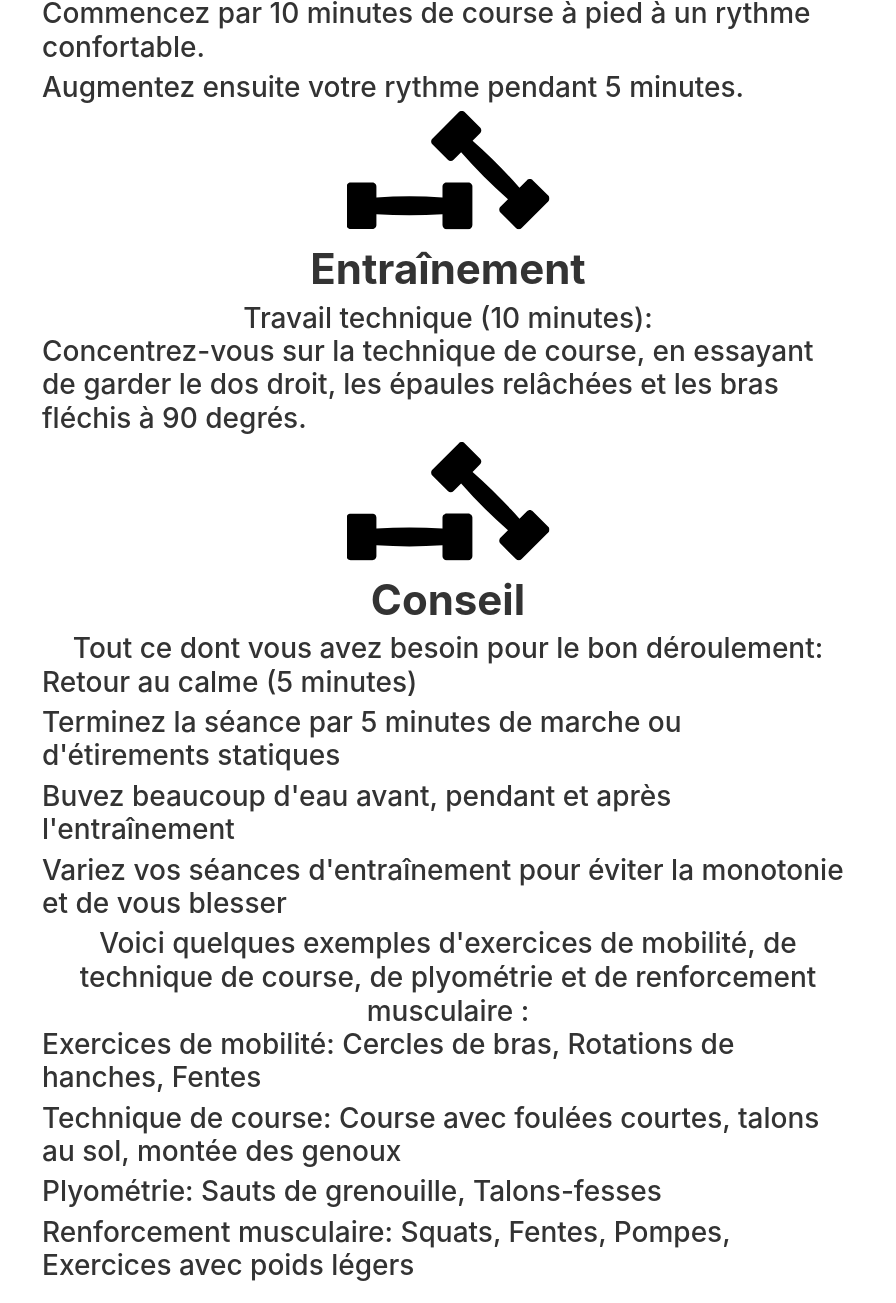
Repository: AdilGHAZAL/MosaiqueWebdoc
Page: /
The author's editor kept a copy of each file at every save. The page is drawn from the files as they stood at one save, then again after the next save.
The browser window is 1280 px wide. The pictures show the whole page, at 70% of full size.
Some web fonts or font styles are not loaded; a fallback is used. The project was rebuilt for these pictures with package versions that can differ from the ones it lists, and the page was loaded fresh each time. Also part of the build but not shown: vite.config.js, src/App.css, src/components/Navbar.css, src/components/Navbar.jsx, src/components/Athletes.css, src/components/Athletes.jsx, src/components/Athletes2.jsx, src/components/Athletes3.jsx and 18 more.

Above is the page before, as saved 2024-05-02 18:32:54.

### index.html
<!doctype html>
<html lang="en">
  <head>
    <meta charset="UTF-8" />
    <link rel="icon" type="image/svg+xml" href="./src/logos/logoMosaique.svg" />
    <meta name="viewport" content="width=device-width, initial-scale=1.0" />
    <title>Mosaique</title>
    <link rel="preconnect" href="https://fonts.googleapis.com">
<link rel="preconnect" href="https://fonts.gstatic.com" crossorigin>
<link href="https://fonts.googleapis.com/css2?family=Mina:wght@400;700&display=swap" rel="stylesheet">
  </head>
  <body>
    <div id="root"></div>
    <script type="module" src="/src/main.jsx"></script>
  </body>
</html>

### src/App.jsx
// App.jsx
import React from 'react';
import { BrowserRouter as Router, Routes, Route} from 'react-router-dom';
import './App.css'; // Import the CSS file
import HomePage from './components/HomePage';
import Athlete1 from './Athelete1/Athlete1'; // Import the NouvellePage component
import LoginScreen from './LoginScreen';
import MainView from './backoffice';
import TrainingPage from './TrainingPage';
const App = () => {
    return (
        <Router>

                <Routes>
                    <Route path="/" element={<TrainingPage/>} />
                    <Route path="/Athlete1" element={<Athlete1/>} />
                    <Route path="/login" element={<LoginScreen/>  }/>
                    <Route path='/backoffice'element={<MainView/>}/>
                </Routes>

        </Router>
    );
};

export default App;

### src/index.css
:root {
  --rose: #E9257F

}

### src/TrainingPage.jsx
import React from 'react';
import './TrainingPage.css';  // Assurez-vous que le chemin vers le fichier CSS est correct

const TrainingPage = () => {
  return (
    <div className="containerTraining">
      <section className="session-info">
        <h2>Tout pour bien commencer</h2>
      </section>

      <div className="sectionMaterial">
        <h1>Séance 45'</h1>
        <img src="./src/assets/Icon2.svg" alt="Icône séance" />
        <h2>Matériel</h2>
        <p>Tout ce dont vous avez besoin pour commencer:</p>
        <ul>
          <li> Chaussures de course</li>
          <li> Piste d'athlétisme (facultatif)</li>
        </ul>
      </div>

      <div className="sectionWarmUp">
        <img src="./src/assets/Icon2.svg" alt="Icône échauffement" />
        <h2>Échauffement</h2>
        <div>
          <p>Course à pied (15 minutes):</p>
          <ul>
            <li>Commencez par 10 minutes de course à pied à un rythme confortable.</li>
            <li>Augmentez ensuite votre rythme pendant 5 minutes.</li>
          </ul>
        </div>
      </div>

      <div className="sectionTraining">
        <img src="./src/assets/Icon2.svg" alt="Icône entraînement" />
        <h2>Entraînement</h2>
        <div>
          <p>Travail technique (10 minutes):</p>
          <ul>
            <li>Concentrez-vous sur la technique de course, en essayant de garder le dos droit, les épaules relâchées et les bras fléchis à 90 degrés.</li>
          </ul>
        </div>
      </div>

      <div className="sectionAdvice">
        <img src="./src/assets/Icon2.svg" alt="Icône conseil" />
        <h2>Conseil</h2>
        <div>
          <p>Tout ce dont vous avez besoin pour le bon déroulement:</p>
          <ul>
            <li>Retour au calme (5 minutes)</li>
            <li>Terminez la séance par 5 minutes de marche ou d'étirements statiques</li>
            <li>Buvez beaucoup d'eau avant, pendant et après l'entraînement</li>
            <li>Variez vos séances d'entraînement pour éviter la monotonie et de vous blesser</li>
          </ul>
          <p>Voici quelques exemples d'exercices de mobilité, de technique de course, de plyométrie et de renforcement musculaire :</p>
          <ul>
            <li>Exercices de mobilité: Cercles de bras, Rotations de hanches, Fentes</li>
            <li>Technique de course: Course avec foulées courtes, talons au sol, montée des genoux</li>
            <li>Plyométrie: Sauts de grenouille, Talons-fesses</li>
            <li>Renforcement musculaire: Squats, Fentes, Pompes, Exercices avec poids légers</li>
          </ul>
        </div>
      </div>
    </div>
  );
};

export default TrainingPage;

### src/components/HomePage.css
/* App.css */
body {
    margin: 0;
    background-color: #ffffff;
    color: #000000;
    display: flex;
    flex-direction: column;
    align-items: center;
    justify-content: center;
    min-height: 100vh;

  }

  .app-container {
      font-family: "SF Pro Display-Medium", Helvetica;
    width: 100vw;
    height: 100%;
    min-height: 100vh;
    /*  background-image: url('./assets/ub1.png');*/
    display: flex;
    flex-direction: column;
    margin: auto;
    background-color: #ffffff;
  }

  .main-title {
    font-family: 'SF Pro Display', sans-serif;
    font-size: 70px;
    font-weight: 500;
    line-height: 83.54px;
    text-align: center;
    margin-top: 100px;
  }

  .bold-text {
    font-weight: 700;
  }

  .content {
    padding: 20px;
    width: 100%;
    max-width: 1200px;
    margin: auto;

  }

  .UBimage {
    width: auto;
  }

  .bottom-text {
    font-size: 18px;
    text-align: center;
    margin-top: 30px;
  }
  .scroll-reveal > * {
    /* text-align: justify; */
    display: inline;
    color:hsl(0deg 22.14% 64.8% / 20%);
    font-size: 60px;
    font-weight: 500;
    background-clip: text;
    background-repeat: no-repeat;
    background-size: 0% 100%;
    background-image: linear-gradient( #E9257F, #ce1f71 );
    animation: scroll-reveal linear forwards;
    animation-timeline: view();
  }

  .scroll-text {

    text-align: justify;
  }
  @keyframes scroll-reveal {
    to {
      background-size: 100% 100%;
    }
  }
  .scroll-reveal p {
    /* font-family: SF Pro Display; */


  }

  .scrollPhotos {
    display: flex;
    justify-content: flex-start; /* Align photos to the maximum left */
    width: 100%;
    overflow-x: auto; /* Enable horizontal scrolling if photos exceed container width */
    padding: 20px 0; /* Optional padding */
  }

### src/TrainingPage.css
/* Base styling */
* {
    box-sizing: border-box;
    margin: 0;
    padding: 0;
  }

  body, html {
    width: 100%;
    height: 100%;
  }

  .containerTraining {
    font-family: 'SF Pro Display', sans-serif;
    color: #333;
    padding: 20px;
    max-width: 1200px;
    margin: 0 auto;
  }

  h1, h2, p {
    text-align: center;
  }

  ul {
    list-style-type: none;
    padding: 0;
  }

  li {
    margin-bottom: 10px;
  }

  img {
    display: block;
    margin: 0 auto 20px;
  }

  /* Specific section styling */
  .session-info h2 {
    font-size: 70px;
    font-weight: 500;
    line-height: 83.54px;
    text-align: center;
    margin-bottom: 20px;
  }

  .sectionMaterial h1 {
    font-size: 200px;
    font-weight: 700;
    line-height: 238.67px;
    margin-bottom: 20px;
  }

  .sectionMaterial h2, .sectionWarmUp h2, .sectionTraining h2, .sectionAdvice h2 {
    font-size: 60px;
    font-weight: 700;
    line-height: 71.6px;
    margin-bottom: 10px;
  }

  .sectionMaterial p, .sectionWarmUp p, .sectionTraining p, .sectionAdvice p,
  .sectionMaterial ul, .sectionWarmUp ul, .sectionTraining ul, .sectionAdvice ul {
    font-size: 40px;
    font-weight: 500;
    line-height: 47.73px;
  }

Loaded but not shown: src/main.jsx (common file)

After the next save:
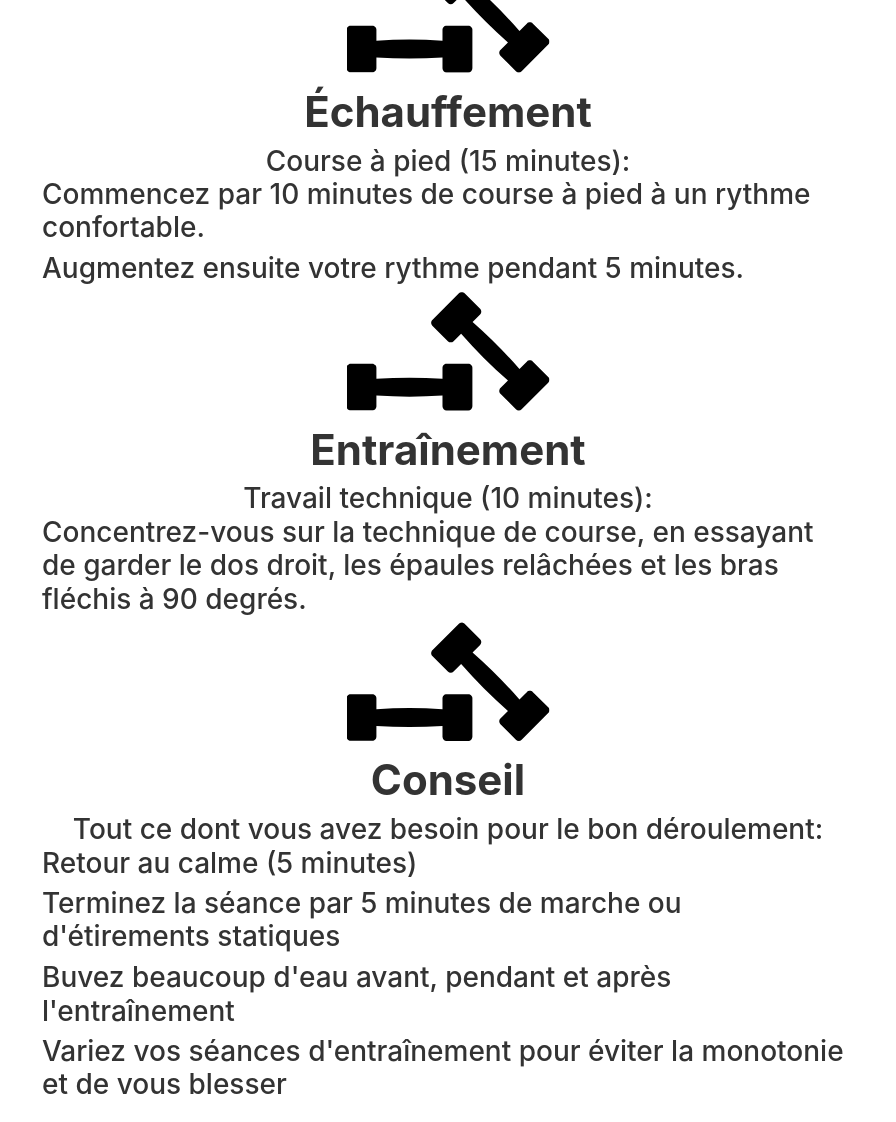
Saved 13 s later.
--- a/src/TrainingPage.jsx
+++ b/src/TrainingPage.jsx
@@ -1,67 +1,54 @@
 import React from 'react';
-import './TrainingPage.css';  // Assurez-vous que le chemin vers le fichier CSS est correct
+import './TrainingPage.css';
 
 const TrainingPage = () => {
   return (
     <div className="containerTraining">
-      <section className="session-info">
+      <header className="session-info">
         <h2>Tout pour bien commencer</h2>
-      </section>
+      </header>
 
-      <div className="sectionMaterial">
+      <section className="sectionMaterial">
         <h1>Séance 45'</h1>
         <img src="./src/assets/Icon2.svg" alt="Icône séance" />
         <h2>Matériel</h2>
         <p>Tout ce dont vous avez besoin pour commencer:</p>
         <ul>
-          <li> Chaussures de course</li>
-          <li> Piste d'athlétisme (facultatif)</li>
+          <li>Chaussures de course</li>
+          <li>Piste d'athlétisme (facultatif)</li>
         </ul>
-      </div>
+      </section>
 
-      <div className="sectionWarmUp">
+      <section className="sectionWarmUp">
         <img src="./src/assets/Icon2.svg" alt="Icône échauffement" />
         <h2>Échauffement</h2>
-        <div>
-          <p>Course à pied (15 minutes):</p>
-          <ul>
-            <li>Commencez par 10 minutes de course à pied à un rythme confortable.</li>
-            <li>Augmentez ensuite votre rythme pendant 5 minutes.</li>
-          </ul>
-        </div>
-      </div>
+        <p>Course à pied (15 minutes):</p>
+        <ul>
+          <li>Commencez par 10 minutes de course à pied à un rythme confortable.</li>
+          <li>Augmentez ensuite votre rythme pendant 5 minutes.</li>
+        </ul>
+      </section>
 
-      <div className="sectionTraining">
+      <section className="sectionTraining">
         <img src="./src/assets/Icon2.svg" alt="Icône entraînement" />
         <h2>Entraînement</h2>
-        <div>
-          <p>Travail technique (10 minutes):</p>
-          <ul>
-            <li>Concentrez-vous sur la technique de course, en essayant de garder le dos droit, les épaules relâchées et les bras fléchis à 90 degrés.</li>
-          </ul>
-        </div>
-      </div>
+        <p>Travail technique (10 minutes):</p>
+        <ul>
+          <li>Concentrez-vous sur la technique de course, en essayant de garder le dos droit, les épaules relâchées et les bras fléchis à 90 degrés.</li>
+        </ul>
+      </section>
 
-      <div className="sectionAdvice">
+      <section className="sectionAdvice">
         <img src="./src/assets/Icon2.svg" alt="Icône conseil" />
         <h2>Conseil</h2>
-        <div>
-          <p>Tout ce dont vous avez besoin pour le bon déroulement:</p>
-          <ul>
-            <li>Retour au calme (5 minutes)</li>
-            <li>Terminez la séance par 5 minutes de marche ou d'étirements statiques</li>
-            <li>Buvez beaucoup d'eau avant, pendant et après l'entraînement</li>
-            <li>Variez vos séances d'entraînement pour éviter la monotonie et de vous blesser</li>
-          </ul>
-          <p>Voici quelques exemples d'exercices de mobilité, de technique de course, de plyométrie et de renforcement musculaire :</p>
-          <ul>
-            <li>Exercices de mobilité: Cercles de bras, Rotations de hanches, Fentes</li>
-            <li>Technique de course: Course avec foulées courtes, talons au sol, montée des genoux</li>
-            <li>Plyométrie: Sauts de grenouille, Talons-fesses</li>
-            <li>Renforcement musculaire: Squats, Fentes, Pompes, Exercices avec poids légers</li>
-          </ul>
-        </div>
-      </div>
+        <p>Tout ce dont vous avez besoin pour le bon déroulement:</p>
+        <ul>
+          <li>Retour au calme (5 minutes)</li>
+          <li>Terminez la séance par 5 minutes de marche ou d'étirements statiques</li>
+          <li>Buvez beaucoup d'eau avant, pendant et après l'entraînement</li>
+          <li>Variez vos séances d'entraînement pour éviter la monotonie et de vous blesser</li>
+        </ul>
+      </section>
     </div>
   );
 };

After the save that followed:
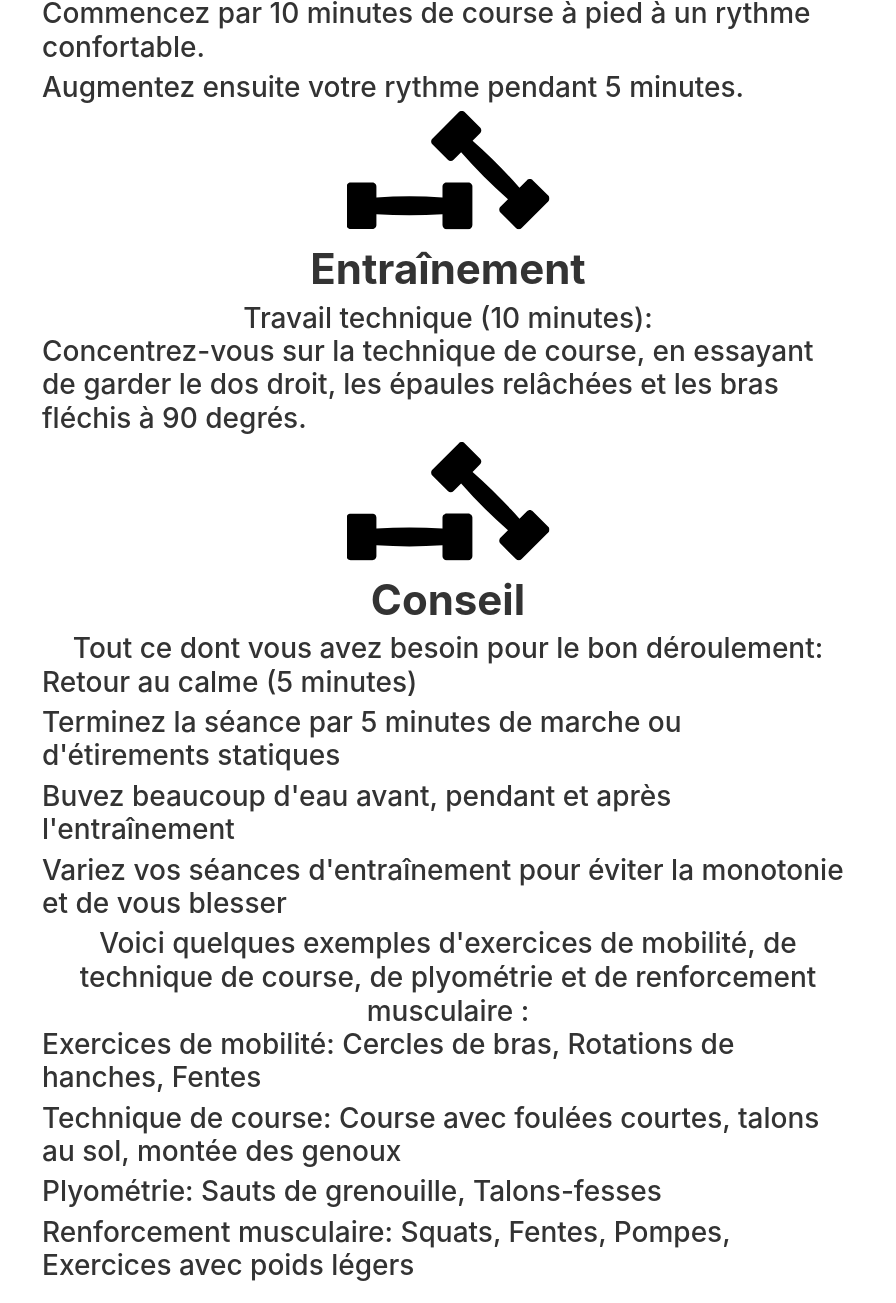
Saved 3 min 43 s later.
--- a/src/TrainingPage.jsx
+++ b/src/TrainingPage.jsx
@@ -1,54 +1,67 @@
 import React from 'react';
-import './TrainingPage.css';
+import './TrainingPage.css';  // Assurez-vous que le chemin vers le fichier CSS est correct
 
 const TrainingPage = () => {
   return (
     <div className="containerTraining">
-      <header className="session-info">
+      <section className="session-info">
         <h2>Tout pour bien commencer</h2>
-      </header>
+      </section>
 
-      <section className="sectionMaterial">
+      <div className="sectionMaterial">
         <h1>Séance 45'</h1>
         <img src="./src/assets/Icon2.svg" alt="Icône séance" />
         <h2>Matériel</h2>
         <p>Tout ce dont vous avez besoin pour commencer:</p>
         <ul>
-          <li>Chaussures de course</li>
-          <li>Piste d'athlétisme (facultatif)</li>
+          <li> Chaussures de course</li>
+          <li> Piste d'athlétisme (facultatif)</li>
         </ul>
-      </section>
+      </div>
 
-      <section className="sectionWarmUp">
+      <div className="sectionWarmUp">
         <img src="./src/assets/Icon2.svg" alt="Icône échauffement" />
         <h2>Échauffement</h2>
-        <p>Course à pied (15 minutes):</p>
-        <ul>
-          <li>Commencez par 10 minutes de course à pied à un rythme confortable.</li>
-          <li>Augmentez ensuite votre rythme pendant 5 minutes.</li>
-        </ul>
-      </section>
+        <div>
+          <p>Course à pied (15 minutes):</p>
+          <ul>
+            <li>Commencez par 10 minutes de course à pied à un rythme confortable.</li>
+            <li>Augmentez ensuite votre rythme pendant 5 minutes.</li>
+          </ul>
+        </div>
+      </div>
 
-      <section className="sectionTraining">
+      <div className="sectionTraining">
         <img src="./src/assets/Icon2.svg" alt="Icône entraînement" />
         <h2>Entraînement</h2>
-        <p>Travail technique (10 minutes):</p>
-        <ul>
-          <li>Concentrez-vous sur la technique de course, en essayant de garder le dos droit, les épaules relâchées et les bras fléchis à 90 degrés.</li>
-        </ul>
-      </section>
+        <div>
+          <p>Travail technique (10 minutes):</p>
+          <ul>
+            <li>Concentrez-vous sur la technique de course, en essayant de garder le dos droit, les épaules relâchées et les bras fléchis à 90 degrés.</li>
+          </ul>
+        </div>
+      </div>
 
-      <section className="sectionAdvice">
+      <div className="sectionAdvice">
         <img src="./src/assets/Icon2.svg" alt="Icône conseil" />
         <h2>Conseil</h2>
-        <p>Tout ce dont vous avez besoin pour le bon déroulement:</p>
-        <ul>
-          <li>Retour au calme (5 minutes)</li>
-          <li>Terminez la séance par 5 minutes de marche ou d'étirements statiques</li>
-          <li>Buvez beaucoup d'eau avant, pendant et après l'entraînement</li>
-          <li>Variez vos séances d'entraînement pour éviter la monotonie et de vous blesser</li>
-        </ul>
-      </section>
+        <div>
+          <p>Tout ce dont vous avez besoin pour le bon déroulement:</p>
+          <ul>
+            <li>Retour au calme (5 minutes)</li>
+            <li>Terminez la séance par 5 minutes de marche ou d'étirements statiques</li>
+            <li>Buvez beaucoup d'eau avant, pendant et après l'entraînement</li>
+            <li>Variez vos séances d'entraînement pour éviter la monotonie et de vous blesser</li>
+          </ul>
+          <p>Voici quelques exemples d'exercices de mobilité, de technique de course, de plyométrie et de renforcement musculaire :</p>
+          <ul>
+            <li>Exercices de mobilité: Cercles de bras, Rotations de hanches, Fentes</li>
+            <li>Technique de course: Course avec foulées courtes, talons au sol, montée des genoux</li>
+            <li>Plyométrie: Sauts de grenouille, Talons-fesses</li>
+            <li>Renforcement musculaire: Squats, Fentes, Pompes, Exercices avec poids légers</li>
+          </ul>
+        </div>
+      </div>
     </div>
   );
 };
